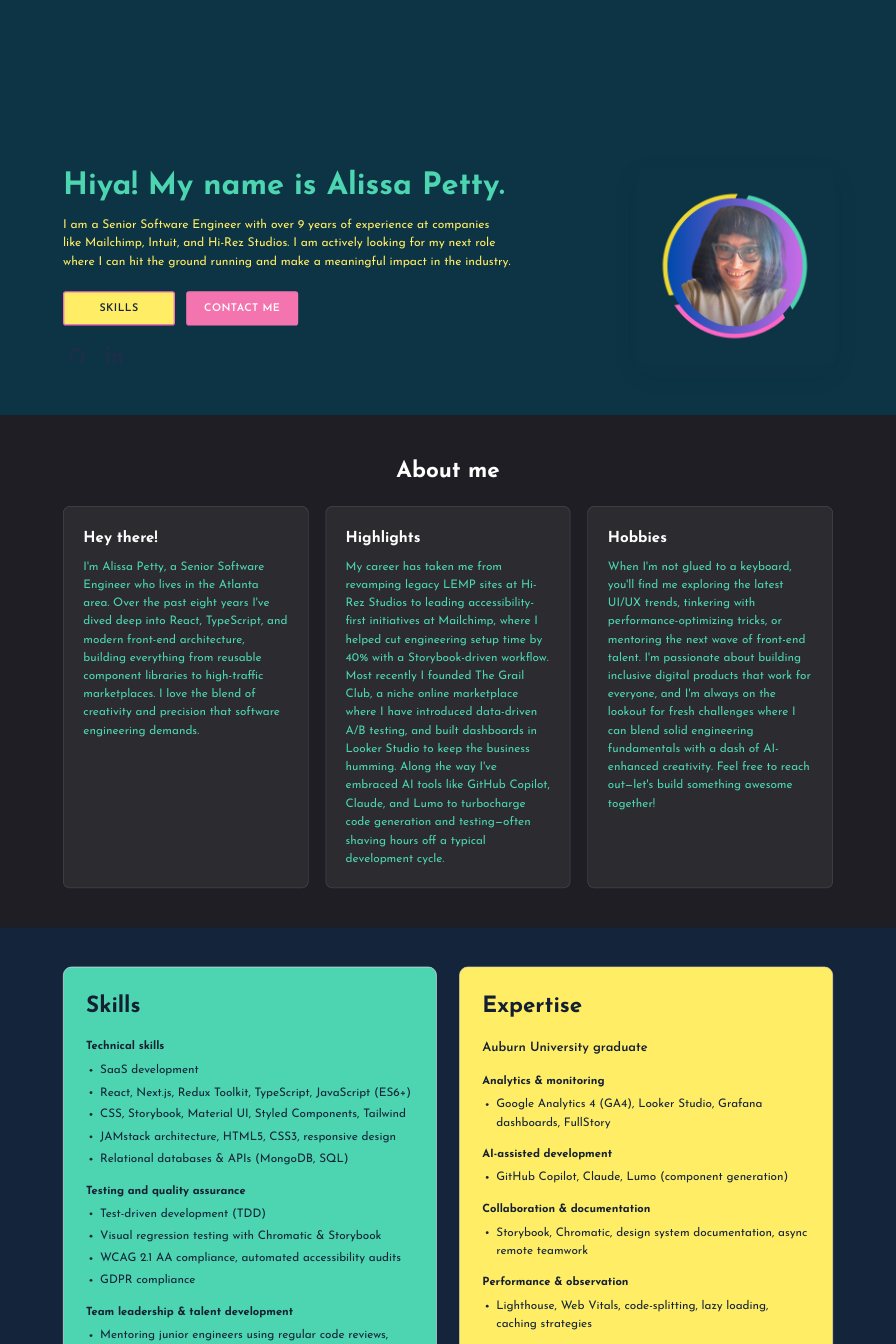
Repository: AlissaSPetty/alissa-petty-com
Page: /
An editor plug-in stored every save of this project. The page is shown before and after the next save, followed by the edit.
The browser window is 1280 px wide. The pictures show the part of the page from y = 0 to 1920 px (the page is 3726 px tall), at 70% of full size.
The project was rebuilt for these pictures with package versions that can differ from the ones it lists, and the page was loaded fresh each time. Also part of the build but not shown: vite.config.ts, src/legal.css, src/pages/LegalPage.tsx.

Above is the page before, as saved 2026-05-03 18:19:41.

After the next save:
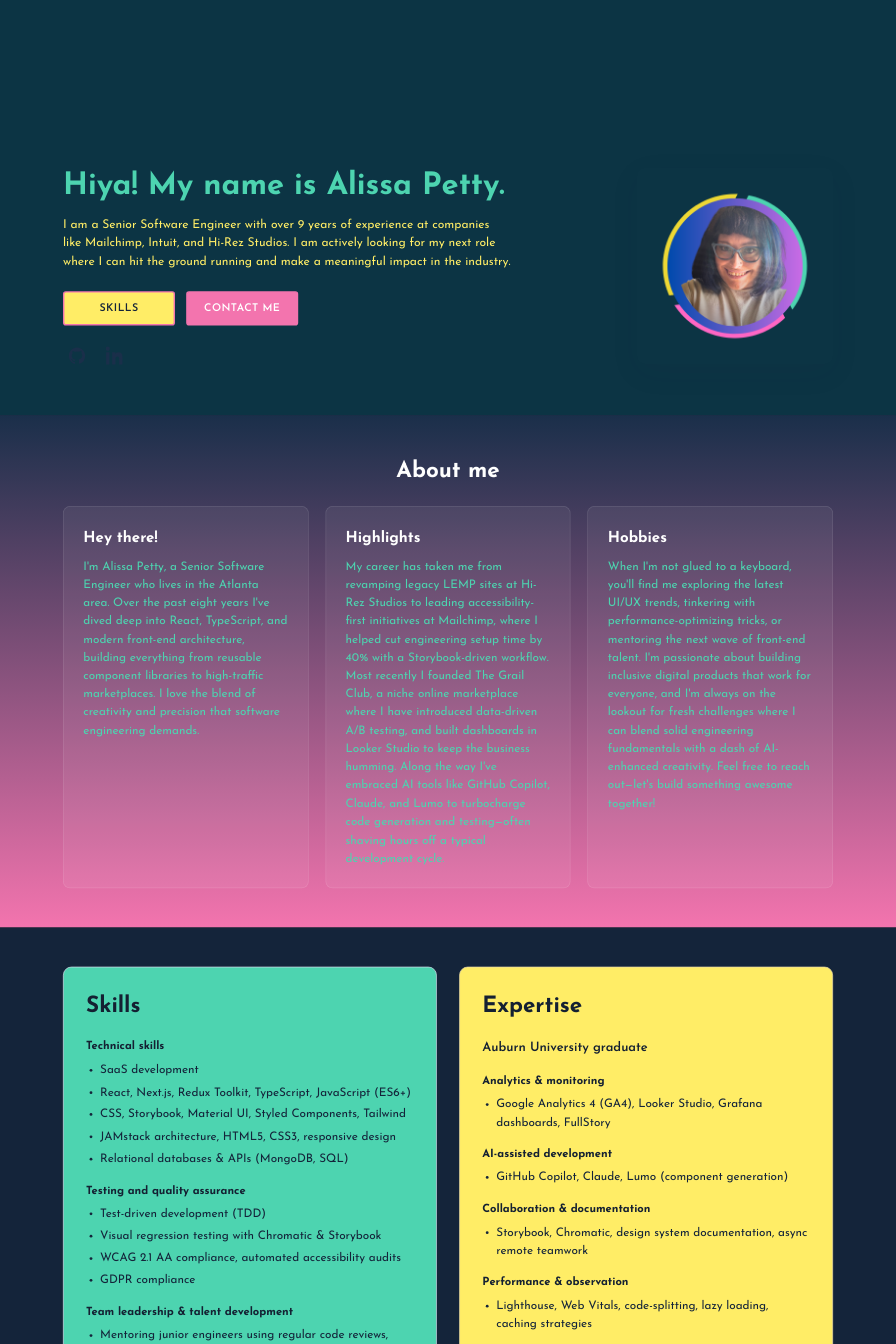
Saved 2 min 5 s later.
--- a/src/index.css
+++ b/src/index.css
@@ -242,7 +242,7 @@
 }
 
 .section--dark {
-  background: var(--bg);
+  background: linear-gradient(180deg, var(--navy) 0%, var(--primary) 100%);
   color: var(--text-on-dark);
 }
 
